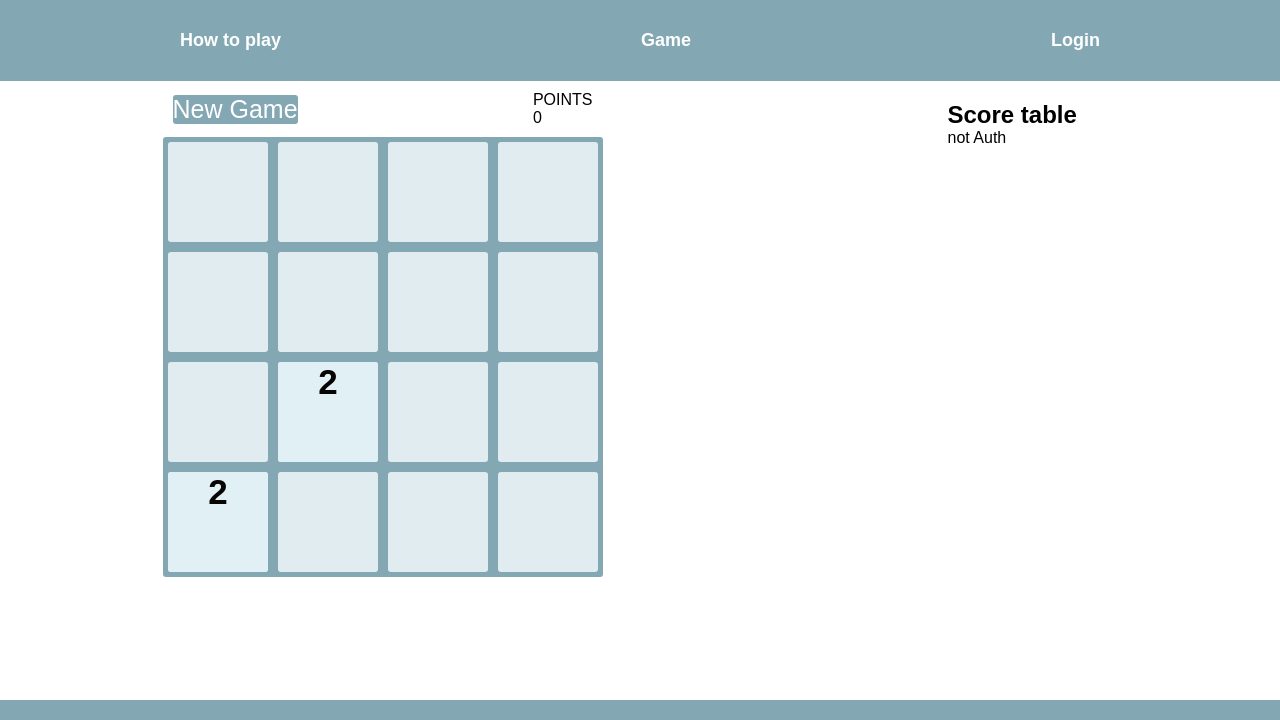
Repository: nika-otter/2048
Page: / (app in client/)
The author's editor kept a copy of each file at every save. The page is drawn from the files as they stood at one save, then again after the next save.
The browser window is 1280 px wide. The pictures show the whole page.
The project was rebuilt for these pictures with package versions that can differ from the ones it lists, and the page was loaded fresh each time. Also part of the build but not shown: client/src/components/Login/LoginForm.js, client/src/pages/account/index.jsx, client/src/components/Game/GameOverlay.jsx, client/src/components/InstructionPage/InstructionPage.module.scss, client/src/components/HowToPlay/howtoplay.module.scss, client/src/components/HowToPlay/howtoplay.jsx, client/src/components/InstructionPage/InstructionPage.jsx, client/src/pages/Instruction/index.jsx and 4 more.

Above is the page before, as saved 2023-05-01 19:07:46.

### client/src/index.js
import React from "react";
import ReactDOM from "react-dom/client";
import "./index.css";
import App from "./App";
import { BrowserRouter } from "react-router-dom";
import Store from "./store/store";

const store = new Store();

export const Context = React.createContext({
  store,
});

const root = ReactDOM.createRoot(document.getElementById("root"));
root.render(
  <Context.Provider value={{ store }}>
    <BrowserRouter>
      <App />
    </BrowserRouter>
  </Context.Provider>
);

### client/src/index.css
* {
  box-sizing: border-box;
  margin: 0;
  padding: 0;
}
#root {
  width: 100vw;
  height: 100%;
}

body {
  /* background-color: #ffffff;
  display: flex;
  justify-content: center;
  align-items: center;*/
  /* height: 100vh; */
  height: 100%;
}
html {
  height: 100%;
}
code {
  font-family: source-code-pro, Menlo, Monaco, Consolas, "Courier New",
    monospace;
}

### client/src/App.js
import { useContext, useEffect, useState } from "react";
import "./App.css";
import LoginForm from "./components/Login/LoginForm";
import AppRouter from "./router/AppRouter";
import { Context } from "./index";
import { observer } from "mobx-react-lite";
import UserService from "./services/UserService";
function App() {
  // const { store } = useContext(Context);
  // const [users, setUsers] = useState([]);
  // useEffect(() => {
  //   if (localStorage.getItem("token")) {
  //     // console.log(localStorage.getItem("token"));
  //     store.checkAuth();
  //   }
  // }, []);

  // if (store.isLoading) {
  //   return <div>Loading...</div>;
  // }
  // async function getUsers() {
  //   try {
  //     const response = await UserService.fetchUsers();
  //     setUsers(response.data);
  //     console.log(response);
  //     setUsers(response.data);
  //   } catch {}
  // }
  return (
    <div className="App">
      <AppRouter />
      {/* <h1>{store.isAuth ? `User: ${store.user.email}` : "Not Auth"}</h1>
      <h1>
        {" "}
        {store.user.isActivated ? `Activated` : "Go and activate your email"}
      </h1>
      <button onClick={() => store.logout()}>Logout</button>
      <button onClick={getUsers}>Get users</button>
      {users.map((user) => (
        <div key={user.email}>{user.email}</div>
      ))}      */}
      {/* <LoginForm /> */}
    </div>
  );
}

export default observer(App);

### client/src/store/store.js
import { makeAutoObservable } from "mobx";
import AuthService from "../services/AuthService";
import axios from "axios";
import { API_URL } from "../http";
import UserService from "../services/UserService";

export default class Store {
  user = {};
  isAuth = false;
  isLoading = false;
  scores = {};
  constructor() {
    makeAutoObservable(this);
  }
  setAuth(bool) {
    this.isAuth = bool;
  }
  setUser(user) {
    this.user = user;
  }

  setLoading(bool) {
    this.isLoading = bool;
  }

  setScores(scores) {
    this.scores = scores;
  }

  async login(email, password) {
    console.log("login");
    try {
      const response = await AuthService.login(email, password);
      console.log(response);
      localStorage.setItem("token", response.data.accessToken);
      this.setAuth(true);
      this.setUser(response.data.user);
      console.log(response.data.user);
    } catch (e) {
      console.log(e.response?.data?.message);
    }
  }

  async registration(email, password) {
    try {
      const response = await AuthService.registration(email, password);
      console.log(response);
      localStorage.setItem("token", response.data.accessToken);
      this.setAuth(true);
      this.setUser(response.data.user);
    } catch (e) {
      console.log(e.response?.data?.message);
    }
  }

  async logout() {
    try {
      const response = await AuthService.logout();
      console.log(response);
      localStorage.removeItem("token", response.data.accessToken);
      this.setAuth(false);
      this.setUser({});
    } catch (e) {
      console.log(e.response?.data?.message);
    }
  }

  async checkAuth() {
    console.log("checkAuth");
    this.setLoading(true);
    try {
      const response = await axios.get(`${API_URL}/refresh`, {
        withCredentials: true,
      });
      console.log(response, "response checkAuth");
      console.log(
        response.data.accessToken,
        "response.data.accessToken checkAuth"
      );
      localStorage.setItem("token", response.data.accessToken);

      this.setAuth(true);
      this.setUser(response.data.user);
    } catch (e) {
      console.log(e.response?.data?.message);
    } finally {
      this.setLoading(false);
    }
  }

  async saveScore(email, score) {
    try {
      const response = await UserService.updateScore(email, score);
      //   this.scores = response.data.user.scores;
      console.log(response.data.user.scores);
    } catch (e) {
      console.log(e.response?.data?.message);
    }
  }
  async getScores(email) {
    this.setLoading(true);
    try {
      const response = await UserService.getScores(email);
      console.log(response, "response getScores store");
      this.setScores(response.data.user.scores);
      //   console.log(response.data.user.scores);
    } catch (e) {
      console.log(e.response?.data?.message);
    } finally {
      // this.setLoading(false);
    }
  }
}

### client/src/App.css
.App {
  /* position: relative; */
  display: flex;
  flex-direction: column;
  height: 100%;
  /* background-color: rgb(188, 121, 39); */
}
/* main {
  flex: 1 0 auto;
} */

### client/src/router/AppRouter.jsx
import { Routes, Route } from "react-router-dom";
import Account from "../pages/Account";
import Game from "../pages/Game";
import Instruction from "../pages/Instruction";
import Login from "../pages/Login";

const AppRouter = () => {
  return (
    <Routes>
      {/* <Route path="/game" element={<Game />} /> */}
      {/* <Route path="/account" element={<Account />} /> */}
      <Route path="/how-to-play" element={<Instruction />} />
      <Route path="/" element={<Game />} />
      <Route path="/login" element={<Login />} />
    </Routes>
  );
};

export default AppRouter;

### client/src/services/UserService.js
import $api from "../http";
export default class UserService {
  static fetchUsers() {
    return $api.get("/users");
  }

  static updateScore(email, score) {
    return $api.post(`/score`, { email, score });
  }

  static async getScores(email) {
    return $api.post(`/scores`, { email });
  }
}

### client/src/services/AuthService.js
import $api from "../http";
export default class AuthService {
  static async login(email, password) {
    return $api.post("/login", { email, password });
  }
  static async registration(email, password) {
    return $api.post("/registration", { email, password });
  }
  static async logout() {
    return $api.post("/logout");
  }
}

### client/src/http/index.js
import axios from "axios";

export const API_URL = "http://localhost:5000/api";

const $api = axios.create({
  withCredentials: true,
  baseURL: API_URL,
});

$api.interceptors.request.use((config) => {
  config.headers.Authorization = `Bearer ${localStorage.getItem("token")}`;
  return config;
});

$api.interceptors.response.use(
  (config) => {
    return config;
  },
  async (error) => {
    const originalRequest = error.config;
    if (
      error.response.status === 401 &&
      error.config &&
      !error.config._isRetry
    ) {
      originalRequest._isRetry = true;
      try {
        const response = await axios.get(`${API_URL}/refresh`, {
          withCredentials: true,
        });
        console.log(response, "response http");
        localStorage.setItem("token", response.data.accessToken);
        return $api.request(originalRequest);
      } catch (e) {
        console.log(e);
        console.log("НЕ АВТОРИЗОВАН");
      }
    }
    throw error;
  }
);
export default $api;

### client/src/pages/Game/index.jsx
import Header from "../../components/Header/Header";
import Footer from "../../components/Footer/Footer";
import GamePage from "../../components/GamePage/GamePage";

function Game() {
  return (
    <>
      <Header />
      <GamePage />
      <Footer />
    </>
  );
}

export default Game;

### client/src/components/Footer/Footer.jsx
import classes from "./Footer.module.scss";

function Footer() {
  return <footer className={classes.footer}></footer>;
}

export default Footer;

### client/src/components/Header/Header.jsx
import { Link } from "react-router-dom";
import classes from "./Header.module.scss";

function Header() {
  return (
    <header className={classes.header}>
      <Link className={classes.link} to="/how-to-play">
        How to play
      </Link>
      <Link className={classes.link} to="/">
        Game
      </Link>
      <Link className={classes.link} to="/login">
        Login
      </Link>
    </header>
  );
}

export default Header;

### client/src/components/GamePage/GamePage.jsx
import { Link } from "react-router-dom";
import classes from "./GamePage.module.scss";
import ScoreTable from "../ScoreTable/ScoreTable";
import BoardView from "../Game/Board";
import { observer } from "mobx-react-lite";
import { useContext, useEffect } from "react";
import { Context } from "../..";

function GamePage() {
  return (
    <main className={classes.main}>
      <div className={classes.gamepage}>
        <BoardView />
        <ScoreTable />
      </div>
    </main>
  );
}

export default observer(GamePage);

### client/src/components/Footer/Footer.module.scss
.footer {
  flex: 0 0 auto;
  height: 20px;
  background-color: rgb(131, 168, 180);
  width: 100%;
}

### client/src/components/Header/Header.module.scss
.header {
  display: flex;
  justify-content: space-around;
  background-color: #83a8b4;
  width: 100%;
}
.link {
  color: white;
  text-decoration: none;
  font-size: large;
  margin-top: 20px;
  margin-bottom: 20px;
  padding: 10px;
  font-weight: bold;
  border-radius: 5px;
  &:hover {
    color: rgb(106, 134, 144);
    background-color: rgb(255, 255, 255);
  }
}

### client/src/components/GamePage/GamePage.module.scss
.gamepage {
  display: flex;
  justify-content: space-around;
  //   background-color: aquamarine;
}
.main {
  flex: 1 0 auto;
}

### client/src/components/ScoreTable/ScoreTable.jsx
import { useContext, useEffect, useState } from "react";
import classes from "./ScoreTable.module.scss";
import { Context } from "../..";
import UserService from "../../services/UserService";
import { observer } from "mobx-react-lite";

function ScoreTable() {
  // const { store } = useContext(Context);
  // const [scores, setScores] = useState([]);

  // useEffect(() => {
  //   if (localStorage.getItem("token")) {
  //     console.log(localStorage.getItem("token"), "token from login index.jsx");
  //     store.checkAuth();
  //     getScores(store.user.email);
  //   }
  //   console.log(store.user.email, "store.user.email in ScoreTable.jsx");
  // }, []);

  // const getScores = async (email) => {
  //   console.log(email, "email in ScoreTable.jsx");
  //   try {
  //     const response = await UserService.getScores(email);
  //     setScores(response.data.scores, "response from getScores ScoreTable.jsx");
  //     console.log(response);
  //   } catch {
  //     console.log("Error");
  //   }
  // };
  // console.log(scores, "store.user in ScoreTable.jsx");

  const { store } = useContext(Context);
  // const [scores, setScores] = useState([]);
  // console.log(store.user.scores, "store.user from login index.jsx");
  useEffect(() => {
    if (localStorage.getItem("token")) {
      console.log(localStorage.getItem("token"), "token from login index.jsx");
      store.checkAuth();
    }
    console.log(store.user.email, "store.user.email in ScoreTable.jsx");
    // getScores(store.user.email);
  }, [store]);

  // async function getScores(email) {
  //   console.log(email, "email from getScores");
  //   try {
  //     const response = await UserService.getScores(email);
  //     // setUsers(response.data);
  //     console.log(response, "response from getScores");
  //     // console.log(response.data.data.user.scores, "response.data.user.scores");
  //     // setScores(response.data.scores);
  //   } catch (e) {
  //     console.log(e, "Error");
  //   }
  // }
  if (store.isLoading) {
    console.log(store.isLoading, "store.isLoading");
    return <div className={classes.loading}>Loading...</div>;
  }
  return (
    <div className={classes.scoretable}>
      <h2>Score table</h2>
      {/* <button onClick={() => getScores(store.user.email)}>Get scores</button> */}
      {/* {store.isAuth ? (
        scores.map((score) => <div key={score}>{score}</div>)
      ) : (
        <div>loading</div>
      )} */}
      <ul>
        {store.isAuth ? (
          store.user.scores
            .map((score) => ({
              score,
              id: Math.random(),
            }))
            .sort((a, b) => b.score - a.score)
            .slice(0, 10)
            .map((item) => <li key={item.id}>{item.score}</li>)
        ) : (
          <div>not Auth</div>
        )}
      </ul>

      {/* <button onClick={getScores}>dddmdmd</button> */}

      {/* {scores.map((score) => (
        <div>{score}</div>
      ))} */}
    </div>
  );
}

export default observer(ScoreTable);

### client/src/components/Game/Board.jsx
import React, { useContext, useEffect, useState } from "react";
import Tile from "./Tile";
import Cell from "./Cell";
import { Board } from "../../helper";
import useEvent from "../../hooks/useEvent";
import GameOverlay from "./GameOverlay";
import "./Board.scss";
import { Context } from "../..";
import UserService from "../../services/UserService";
const BoardView = () => {
  const { store } = useContext(Context);
  const [board, setBoard] = useState(new Board());

  // useEffect(() => {
  //   const checkAuth = async () => {
  //     if (localStorage.getItem("token")) {
  //       console.log(localStorage.getItem("token"), "token from login index.jsx");
  //       await store.checkAuth();
  //     }
  //   };
  //   checkAuth();
  //   console.log(store.user.email, "store.user.email in ScoreTable.jsx");
  //   // getScores(store.user.email);
  // }, [resetGame]);

  const handleKeyDown = (event) => {
    if (board.hasWon()) {
      return;
    } //потім вернути треба

    if (event.keyCode >= 37 && event.keyCode <= 40) {
      let direction = event.keyCode - 37;
      let boardClone = Object.assign(Object.create(board), board);
      // let boardClone = Object.assign(
      //   Object.create(Object.getPrototypeOf(board)),
      //   board
      // ); // теж саме що і вище
      let newBoard = boardClone.move(direction);
      setBoard(newBoard);
    }
  };

  useEvent("keydown", handleKeyDown);

  const cells = board.cells.map((row, rowIndex) => {
    return (
      <div key={rowIndex}>
        {row.map((col, colIndex) => {
          return <Cell key={rowIndex * board.size + colIndex} />;
        })}
      </div>
    );
  }); //робить клітинки нічого серйозного

  const tiles = board.tiles
    .filter((tile) => tile.value !== 0)
    .map((tile, index) => {
      return <Tile tile={tile} key={index} />;
    });

  const saveScore = async (email, score) => {
    try {
      const response = await UserService.updateScore(email, score);
      console.log(response, "response from saveScore ");
    } catch {
      console.log("Error");
    }
  };
  const resetGame = async () => {
    console.log(
      store.user.email,
      board.score,
      "store.user.email board.score from BoardView.jsx"
    );
    if (board.score > 0) {
      await saveScore(store.user.email, board.score);
      store.checkAuth();
    }
    setBoard(new Board());
  };

  return (
    <div>
      <div className="details-box">
        <div className="resetButton" onClick={resetGame}>
          New Game
        </div>
        <div className="score-box">
          <div className="score-header">POINTS</div>
          <div>{board.score}</div>
        </div>
      </div>
      <div className="board">
        {cells}
        {tiles}
        <GameOverlay onRestart={resetGame} board={board} />
      </div>
    </div>
  );
};

export default BoardView;

### client/src/components/ScoreTable/ScoreTable.module.scss
.scoretable {
  margin: 20px;
  width: 150px;
}
.loading {
  width: 150px;
  margin: 20px;
}

### client/src/components/Game/Tile.jsx
import React from "react";
// import classes from "./Board.scss";
import "./Board.scss";
// import "./styles.scss";

const Tile = ({ tile, id }) => {
  console.log("tile");
  let classArray = ["tile"];
  classArray.push("tile" + tile.value);
  if (!tile.mergedInto) {
    classArray.push(`position_${tile.row}_${tile.column}`);
  }
  if (tile.mergedInto) {
    classArray.push("merged");
  }
  if (tile.isNew()) {
    classArray.push("new");
  }

  if (tile.hasMoved()) {
    classArray.push(`row_from_${tile.fromRow()}_to_${tile.toRow()}`);
    classArray.push(`column_from_${tile.fromColumn()}_to_${tile.toColumn()}`);
    classArray.push("isMoving");
  }
  //   if (tile.isRandom()) {
  //     classArray.push("random");
  //   }

  let styles = classArray.join(" ");
  return <span className={styles}>{tile.value}</span>;
};

export default Tile;

### client/src/components/Game/Cell.jsx
import React from "react";

const Cell = ({ id }) => {
  return <span className="cell"></span>;
};

export default Cell;

### client/src/hooks/useEvent.jsx
import { useEffect } from "react";

export default function useEvent(event, handler, passive = false) {
  useEffect(() => {
    window.addEventListener(event, handler, passive);

    return function cleanUp() {
      window.removeEventListener(event, handler, passive);
    };
  });
}

### client/src/components/Game/Board.scss
// @font-face {
//   font-family: "Clear Sans";
//   src: url("../src/clear-sans.ttf") format("truetype");
// }

body {
  display: flex;
  //   background: rgb(2,0,36);
  // background: linear-gradient(90deg, rgba(2,0,36,1) 0%, rgba(87,64,124,1) 47%, rgba(0,212,255,1) 100%);
  //   color: white;
  // flex-direction: column;
  // justify-content: center;
  // align-content: center;
  // align-items: center;
  font-family: "Clear Sans", sans-serif;
  // font-size: 21px;
}

.text {
  // order: 2;
  // padding-top: 40px;
  // width: 440px;
  // font-weight: bold;
}
// main {
//   min-height: 90vh;
// }

// .wrapper {
//   display: flex;
//   flex-direction: column;
//   height: 100%;
// }
// .content {
//   flex: 1 0 auto;
// }
// .footer {
//   flex: 0 0 auto;
// }

.board {
  // order: 1;
  // display: inline-block;

  display: block;
  // justify-content: center;
  margin-left: auto;
  margin-right: auto;
  width: 440px;
  height: 440px;
  // padding: 5px; //вернути треба
  background-color: rgb(131, 168, 180);
  border-radius: 3px;
  // outline: none;
  position: relative;
}

// .board .cell,
// .tile {
//   // user-select: none;
//   // cursor: default;
// }

.details-box {
  display: flex;
  align-items: center;
  padding: 10px;
  justify-content: space-between;
}

.resetButton {
  background-color: rgb(131, 168, 180);
  color: rgb(255, 255, 255);
  cursor: pointer;
  font-size: 25px;
  // padding: 10px 20px;
  border-radius: 3px;
  transition: color 0.3s ease, background-color 0.3s ease;
  &:hover {
    background-color: rgb(131, 168, 180);
    color: rgba(255, 255, 255, 1);
  }
}

.score-header {
  font-size: 1rem;
}

.score-box {
  background-color: rgb(131, 168, 180) 6;
  color: rgb(0, 0, 0);
  // min-width: 50px;
  // width: 70px;
  // padding: 5px 15px;
  border-radius: 3px;
}

.cell,
.tile {
  // display: inline-block;
  width: 100px;
  height: 100px;
  margin: 5px;
  // line-height: 90px;
  display: inline-block;
  font-size: 35px;
  font-weight: bold;
  text-align: center;
  vertical-align: middle;
  border-radius: 3px;
  // font-family: "Clear Sans";
  color: rgb(8, 4, 4);
  background-color: rgb(224, 236, 240);
}

.tile0 {
  background-color: rgb(238, 247, 249);
}

.tile2 {
  background-color: rgb(224, 240, 245);
  // background-image: url(./assets/img/2.gif);
}

.tile4 {
  background-color: rgb(199, 221, 228);
  // background-image: url(./assets/img/4.gif);
}

.tile8 {
  background-color: rgb(187, 212, 220);
  // background-image: url(./assets/img/8.gif);
}

.tile16 {
  background-color: rgb(171, 195, 203);
  // background-image: url(./assets/img/16.gif);
}

.tile32 {
  background-color: rgb(140, 165, 174);
  // background-image: url(./assets/img/32.gif);
}

.tile64 {
  background-color: rgb(116, 144, 153);
  // background-image: url(./assets/img/64.gif);
}

.tile128 {
  background-color: rgb(98, 125, 134);
  // background-image: url(./assets/img/128.gif);
}

.tile256 {
  background-color: rgb(71, 91, 98);
  // background-image: url(./assets/img/256.gif);
  // font-size: 45px;
}

.tile512 {
  background-color: rgb(45, 68, 75);
  // background-image: url(./assets/img/512.gif);
  // font-size: 45px;
}

.tile1024 {
  background-color: rgb(40, 68, 78);
  // background-image: url(./assets/img/1024.gif);
  // font-size: 35px;
}

.tile2048 {
  position: absolute;
  background-size: contain;
  left: 0;
  right: 0;
  top: 0;
  bottom: 0;
  padding: 0px;
  background-color: rgb(12, 42, 52);
  // background-image: url(./assets/img/2048.gif);
  // font-size: 35px;
}

// .try-again {
//   z-index: 10;
//   height: 100px;
//   width: 100px;
//   // background-image: url(./assets/img/try-again.gif);
// }

.tile {
  position: absolute;
}

.tile.merged {
  display: none;
}

// .tile.merged.isMoving {
//   display: inline;
// }

.tile.new {
  animation-duration: 0.3s;
  animation-name: newTile;
  animation-fill-mode: forwards;
  // animation-delay: 0.15s;
  transform: scale(0);
}
// .tile.random {
//   animation-duration: 3s;
//   animation-name: newTile;
//   animation-fill-mode: forwards;
//   // animation-delay: 0.15s;
//   transform: scale(0);
// }

@keyframes newTile {
  from {
    transform: scale(0);
  }
  to {
    transform: scale(1);
  }
}

// .overlay {
//   position: absolute;
//   top: 0px;
//   bottom: 0px;
//   display: flex;
//   flex-direction: column;
//   align-items: center;
//   justify-content: center;
//   text-align: center;
//   left: 0px;
//   right: 0px;
//   font-size: 55px;
//   font-weight: bolder;
//   border-radius: 7px;
// }

// .tryAgain {
//   background-color: #876;
//   color: #fff;
//   height: 40px;
//   width: 200px;
//   font-size: 20px;
//   font-weight: bold;
//   cursor: pointer;
//   border: none;
//   border-radius: 5px;
//   border: 2px solid white;
// }

// .gameOver {
//   background-size: contain;
//   background-image: url(./assets/img/game-over.gif);
//   position: absolute;
//   top: 0;
//   right: 0;
//   bottom: 0;
//   left: 0;
//   z-index: 100;
//   text-align: center;
// }

.overlay .message {
  color: #666;
}

@for $row from 0 through 3 {
  @for $column from 0 through 3 {
    .position_#{$row}_#{$column}:not(.isMoving) {
      top: 110px * $row;
      left: 110px * $column;
    }
  }
}

@for $fromRow from 0 through 3 {
  @for $toRow from 0 through 3 {
    $name: row_from_#{$fromRow}_to_#{$toRow};

    @if $fromRow == $toRow {
      .#{$name} {
        top: 110px * $toRow;
      }
    } @else {
      .#{$name} {
        animation-duration: 0.2s;
        animation-name: $name;
        animation-fill-mode: forwards;
      }

      @keyframes #{$name} {
        from {
          top: 110px * $fromRow;
        }
        to {
          top: 110px * $toRow;
        }
      }
    }
  }
}

@for $fromColumn from 0 through 3 {
  @for $toColumn from 0 through 3 {
    $name: column_from_#{$fromColumn}_to_#{$toColumn};

    @if $fromColumn == $toColumn {
      .#{$name} {
        left: 110px * $toColumn;
      }
    } @else {
      .#{$name} {
        animation-duration: 0.2s;
        animation-name: $name;
        animation-fill-mode: forwards;
      }

      @keyframes #{$name} {
        from {
          left: 110px * $fromColumn;
        }
        to {
          left: 110px * $toColumn;
        }
      }
    }
  }
}

Loaded but not shown: client/public/index.html (common file); client/src/helper/index.js (231 lines, source omitted)

After the next save:
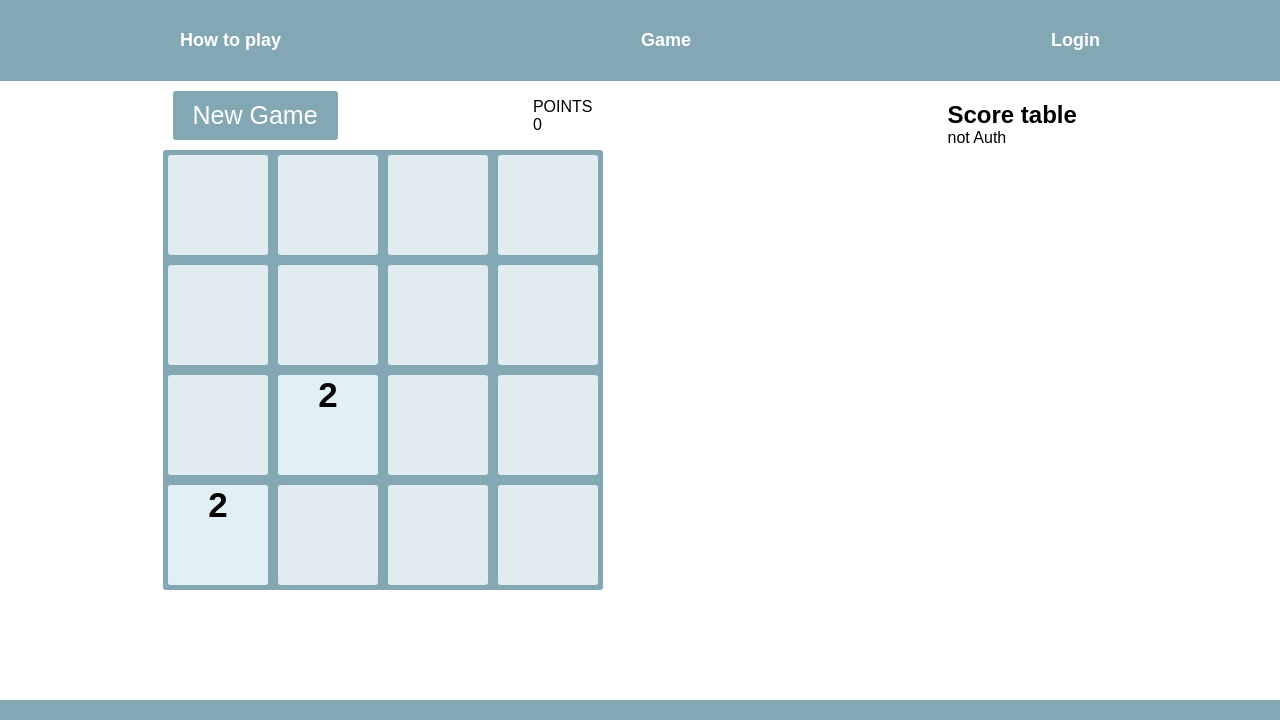
Saved 3 min 12 s later.
--- a/client/src/components/Game/Board.scss
+++ b/client/src/components/Game/Board.scss
@@ -73,7 +73,7 @@ body {
   color: rgb(255, 255, 255);
   cursor: pointer;
   font-size: 25px;
-  // padding: 10px 20px;
+  padding: 10px 20px;
   border-radius: 3px;
   transition: color 0.3s ease, background-color 0.3s ease;
   &:hover {
